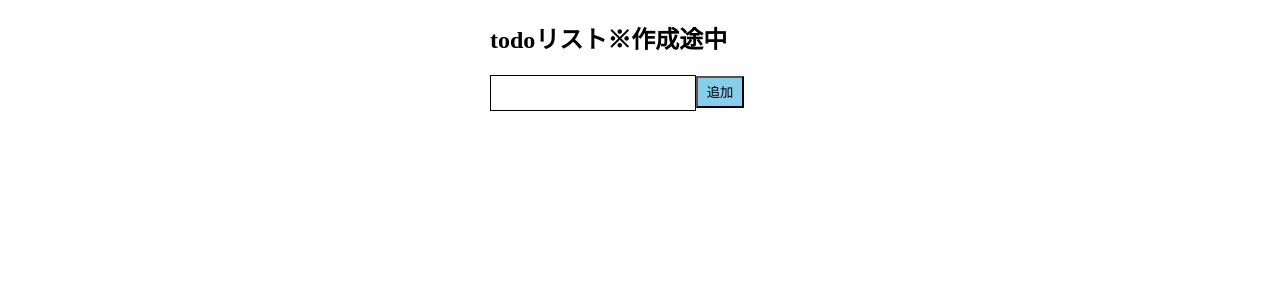
Repository: FujieRyou/react_practice
Page: /
These files come from the project's save history. The page is drawn as it stood at one moment and after the next save; the edit follows.
The browser window is 1280 px wide. The pictures show the whole page.
The project was rebuilt for these pictures with package versions that can differ from the ones it lists, and the page was loaded fresh each time. Also part of the build but not shown: vite.config.js, src/components/testComponent.jsx, src/components/countUp.jsx, src/components/switchFlag.jsx, src/components/props1.jsx, src/components/profile.jsx, src/components/ivent.jsx.

Above is the page before, as saved 2023-01-19 03:41:40.

### src/App.jsx
import { useEffect } from "react"
import { useRef } from "react"
import { useState } from "react"
import TestComponent from "./components/testComponent"
import styles from "./scss/style.scss"
import Todolist from "./components/todoComponent"
import CountUp from "./components/countUp"
import SwitchFlag from "./components/switchFlag"
import PropsPractice from "./components/props1"
import Profile from "./components/profile"
import ChangeIvent from "./components/ivent"


const App = () =>{
  const profileInfo = [
    {name:"Takasi",age:20,from:"大阪"},
    {name:"Hirosi",age:19,from:"東京"},
    {name:"Musasi",age:21,from:"名古屋"},
]


  return(
    <div>
      {/* todolist作成中 */}
      <Todolist />

      {/* 押すたびにcountがupする(useState練習) */}
      {/* < CountUp /> */}

      {/* 押すたびにON,OFFがきりかわる(useState練習) */}
      {/* <SwitchFlag /> */}

    {/* props練習 */}
    {/* <PropsPractice color="red"/>
    <PropsPractice num={123}/> */}

    {/* <Profile
      name={profileInfo[0].name}
      age={profileInfo[0].age}
      from={profileInfo[0].from}
    />

    <Profile
      {...profileInfo[1]}
    />

    <Profile/>

    <ChangeIvent /> */}

    </div>






  )
}


export default App

### src/scss/style.scss
input{
    border: solid 1px black;
    width: 200px;
    height: 32px;
}

.btn{
    width: 56px;
    height: 32px;
    background-color: aquamarine;
}

.list{
    width: 200px;
    height: 100px;
    background-color: tomato;
    border: solid 1px skyblue;
    padding: 10px 12px;
    list-style-type: none;
}

.component{
    width: 200px;
    height: 150px;
    border: solid 5px green;
    color: green;
}
.component.red{
    width: 200px;
    height: 150px;
    border: solid 5px red;
    color: red;
}

.mouseInOut{
    width: 200px;
    height: 200px;
    background-color: aquamarine;
    margin-top: 20px;
}

.todoWrap{
    width: 300px;
    height: 200px;
    margin: 0 auto;
}

.addBtn{
    width: 48px;
    height: 32px;
    background-color: skyblue;
}

### src/components/todoComponent.jsx
import style from "../scss/style.scss"
import { useState } from "react";

const Todolist = () =>{
    const [val, setVal] = useState();

    return(
        <div className="todoWrap">
            <h2>todoリスト※作成途中</h2>
            <input type="text" id="txtArea" className="txtArea" />
            <button type="button" id="addBtn" className="addBtn">追加</button>
            <div id="listWrap">
            </div>
        </div>
    )
}

export default Todolist;

Loaded but not shown: index.html (common file); src/main.jsx (common file)

After the next save:
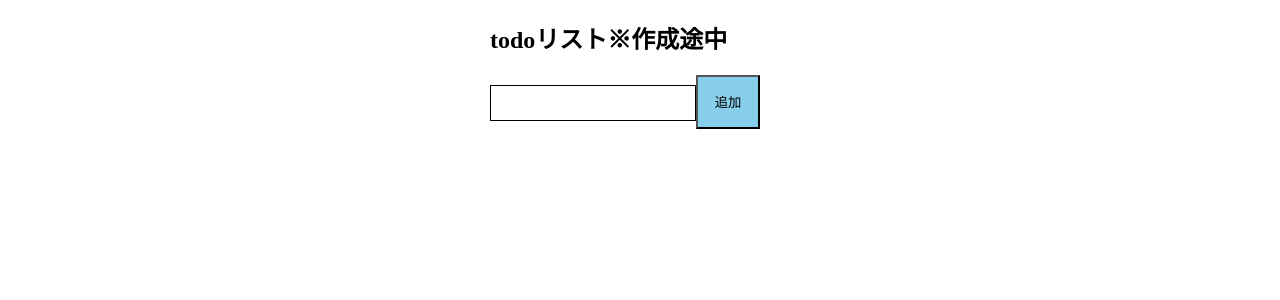
Saved 39 s later.
--- a/src/scss/style.scss
+++ b/src/scss/style.scss
@@ -46,7 +46,7 @@ input{
 }
 
 .addBtn{
-    width: 48px;
-    height: 32px;
+    width: 64px;
+    height: 54px;
     background-color: skyblue;
 }
